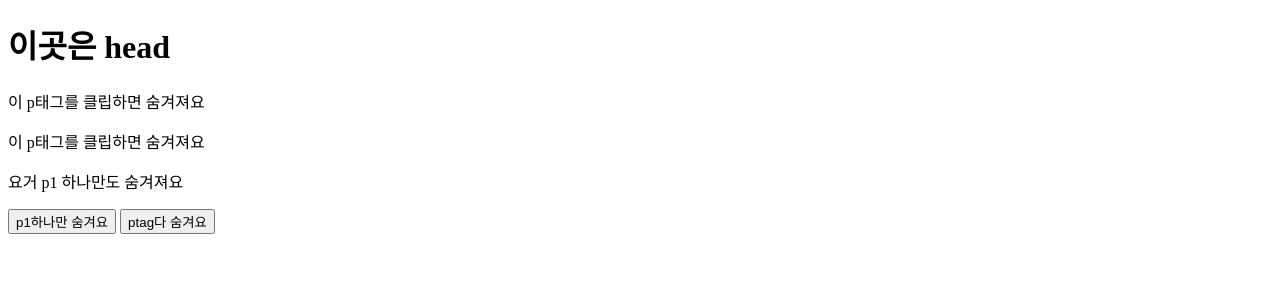
Repository: YERIN0531/SEOYERIN_WEBPRO
Page: gitSource/07_jQuery/jq01/WebContent/02_hide_show.html
An editor plug-in stored every save of this project. The page is shown before and after the next save, followed by the edit.
The browser window is 1280 px wide. The pictures show the whole page.

Above is the page before, as saved 2022-06-21 00:56:14.

After the next save:
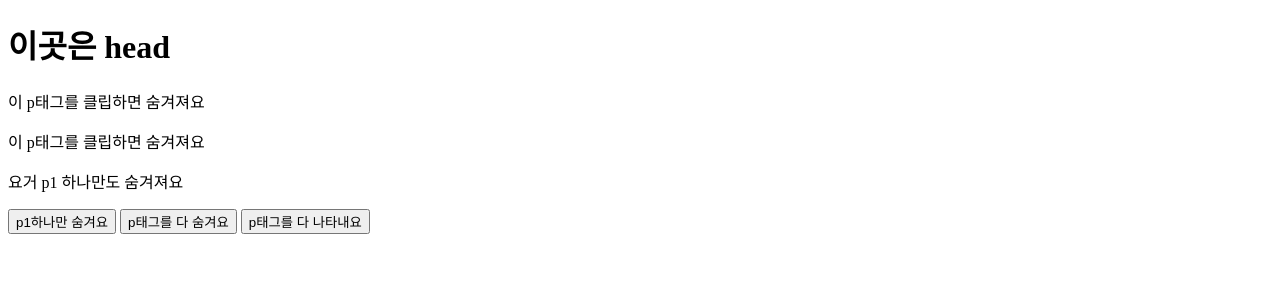
Saved 68 s later.
--- a/gitSource/07_jQuery/jq01/WebContent/02_hide_show.html
+++ b/gitSource/07_jQuery/jq01/WebContent/02_hide_show.html
@@ -20,6 +20,7 @@
 <p id="p1">요거 p1 하나만도 숨겨져요 </p>
 
 <button id="hideP1">p1하나만 숨겨요</button>
-<button id="hidePtag">ptag다 숨겨요</button>
+<button id="hidePtag">p태그를 다 숨겨요</button>
+<button id="showPtag">p태그를 다 나타내요</button>
 </body>
 </html>
